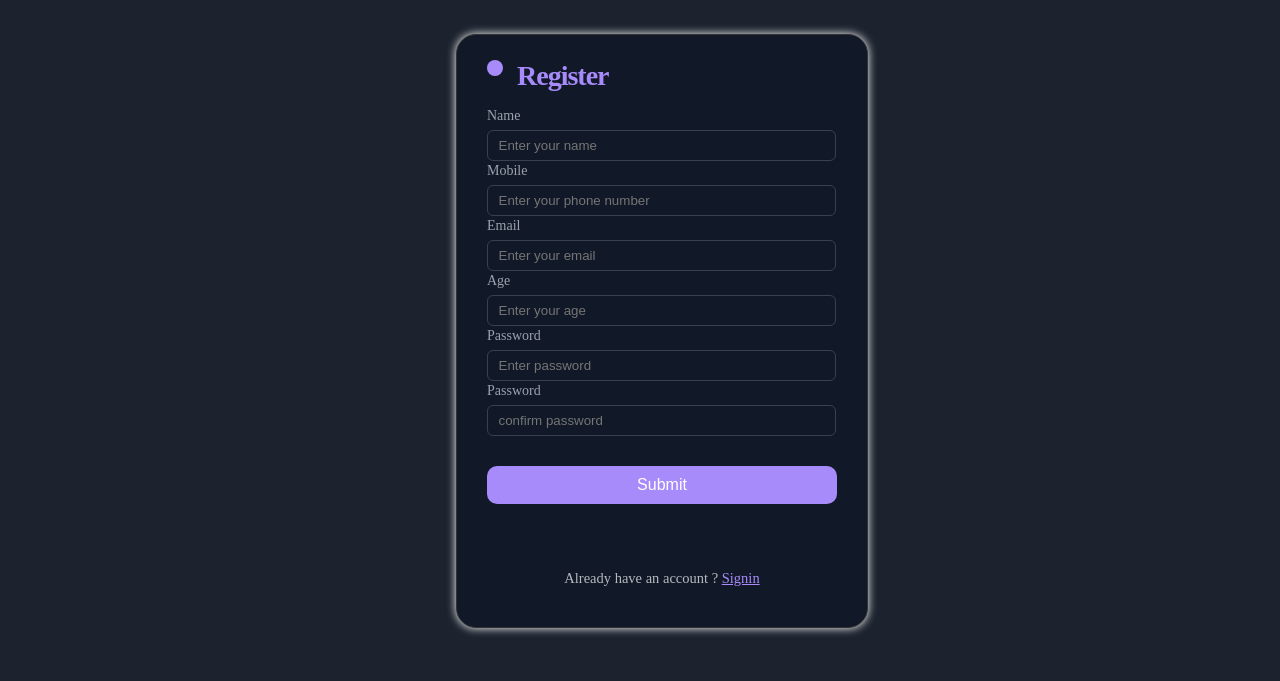
Repository: PeruriNaresh/Bank_Project
Page: http://localhost/bank_project/register.jsp
The author's editor kept a copy of each file at every save. The page is drawn from the files as they stood at one save, then again after the next save.
The browser window is 1280 px wide. The pictures show the whole page.
The page is served by Tomcat 9. Other server files are loaded and not shown.

Above is the page before, as saved 2024-10-24 17:21:37.

### bank_project/src/main/webapp/register.jsp
<%@ page language="java" contentType="text/html; charset=UTF-8"
    pageEncoding="UTF-8"%>
<!DOCTYPE html>
<html>
<head>
    <meta charset="UTF-8">
    <meta name="viewport" content="width=device-width, initial-scale=1.0">
    <style>
        body
        {
            width: 100%;
            height: 100%;
            overflow: hidden;
            background-color: rgb(28, 34, 46);
        }
        .form {
        display: flex;
        width: 35%;
        flex-direction: column;
        gap: 10px;
        max-width: 350px;
        padding: 25px 30px;
        border-radius: 20px;
        position: relative;
        background-color: rgba(17, 24, 39, 1);
        box-shadow: 0px 0px 10px white;
        color: #fff;
        border: 1px solid #333;
        margin: 2% 35%;
        z-index:-1;
        position: absolute;
        }

        .title {
        font-size: 28px;
        font-weight: 600;
        letter-spacing: -1px;
        position: relative;
        display: inline;
        align-items: center;
        padding-left: 30px;
        color:rgba(167, 139, 250, 1);
        margin: 0px;
        }

        .title::before {
        width: 18px;
        height: 18px;
        }

        .title::after {
        width: 18px;
        height: 18px;
        animation: pulse 1s linear infinite;
        }

        .title::before,
        .title::after {
        position: absolute;
        content: "";
        height: 16px;
        width: 16px;
        border-radius: 50%;
        left: 0px;
        background-color:  rgba(167, 139, 250, 1);
        }

        .message,
        .signin {
        font-size: 14.5px;
        color: rgba(255, 255, 255, 0.7);
        z-index:1;
        }

        .signin {
        text-align: center;
        }

        .signin a:hover {
        text-decoration: underline royalblue;
        }

        .signin a {
        color: rgba(167, 139, 250, 1);
        }

        .flex {
        display: flex;
        width: 100%;
        gap: 6px;
        }

        .form label {
        position: relative;
        }

        .form label .input {
        background-color: transparent;
        color: #fff;
        width: 95%;
        font-size: auto;
        padding: 10px 10px 10px 10px;
        border: 1px solid black;
        outline: 1px solid  rgba(167, 139, 250, 1);
        border-radius: 2px;
        }

        .form label .input + span {
        color: rgba(255, 255, 255, 0.5);
        position: absolute;
        left: 10px;
        top: 0px;
        font-size: 0.9em;
        cursor: text;
        transition: 0.3s ease;
        }

        .form label .input:placeholder-shown + span {
        top: 12.5px;
        font-size: 0.9em;
        }

        .form label .input:focus + span,
        .form label .input:valid + span {
        color: rgba(167, 139, 250, 1);
        top: 0px;
        font-size: 0.7em;
        font-weight: 600;
        }

        .input-group {
        margin-top: 0.25rem;
        font-size: 0.875rem;
        line-height: 1.25rem;
        }
        .input-group input {
        width: 93%;
        border-radius: 0.375rem;
        border: 1px solid rgba(55, 65, 81, 1);
        outline: 0;
        background-color: rgba(17, 24, 39, 1);
        padding: 2% 3%;
        color: rgba(243, 244, 246, 1);
        }
        .input-group label {
        display: block;
        color: rgba(156, 163, 175, 1);
        margin-bottom: 4px;
        }
        .input-group input:focus {
        border-color: rgba(167, 139, 250);
        }

        .submit {
        border: none;
        outline: none;
        padding: 10px;
        border-radius: 10px;
        color: #fff;
        font-size: 16px;
        transform: .3s ease;
        background-color:  rgba(167, 139, 250, 1);
        position:relative;
        }

        @keyframes pulse {
        from {
            transform: scale(0.9);
            opacity: 1;
        }

        to {
            transform: scale(1.8);
            opacity: 0;
        }
        }
    </style>
    <title>Document</title>
</head>
<body>

    <form class="form" action="register" method="post">
        <p class="title">Register </p>
        <div class="input-group">
            <label for="username">Name</label>
            <input type="text" name="name" id="username" placeholder="Enter your name">
            <label for="mobile">Mobile</label>
            <input type="number" name="phone" id="mobile" placeholder="Enter your phone number">
            <label for="email">Email</label>
            <input type="text" name="email" id="email" placeholder="Enter your email">
            <label for="age">Age</label>
            <input type="number" name="age" id="age" placeholder="Enter your age">
            <label for="password">Password</label>
            <input type="password" name="password" id="password" placeholder="Enter password">
            <label for="confirm">Password</label>
            <input type="password" id="confirm" placeholder="confirm password">
            <p style="opacity:0;display:inline" id="msg">passwords doesnot match</p>
        </div>
        <button class="submit" disabled>Submit</button>
        <%String msg= (String)request.getAttribute("msg");%>
        <p style="display:inline"><%if(msg!=null)
        {
            out.println(msg);
        }%></p>
        <p class="signin">Already have an account ? <a href="index.html">Signin</a> </p>
    </form>
    <script>
        var inputs=document.querySelectorAll("input");
        var msg=document.getElementById("msg");
        var confirm=inputs[5];
        var submit=document.querySelector("button");
        confirm.addEventListener("input",()=>
        {
            var pass= inputs[4].value;
            if(pass!=confirm.value)
            {
                msg.style.opacity=1;
            }
            else
            {
                msg.style.opacity=0;
                submit.removeAttribute("disabled");
            }
        });
    </script>
</body>
</html>

After the next save:
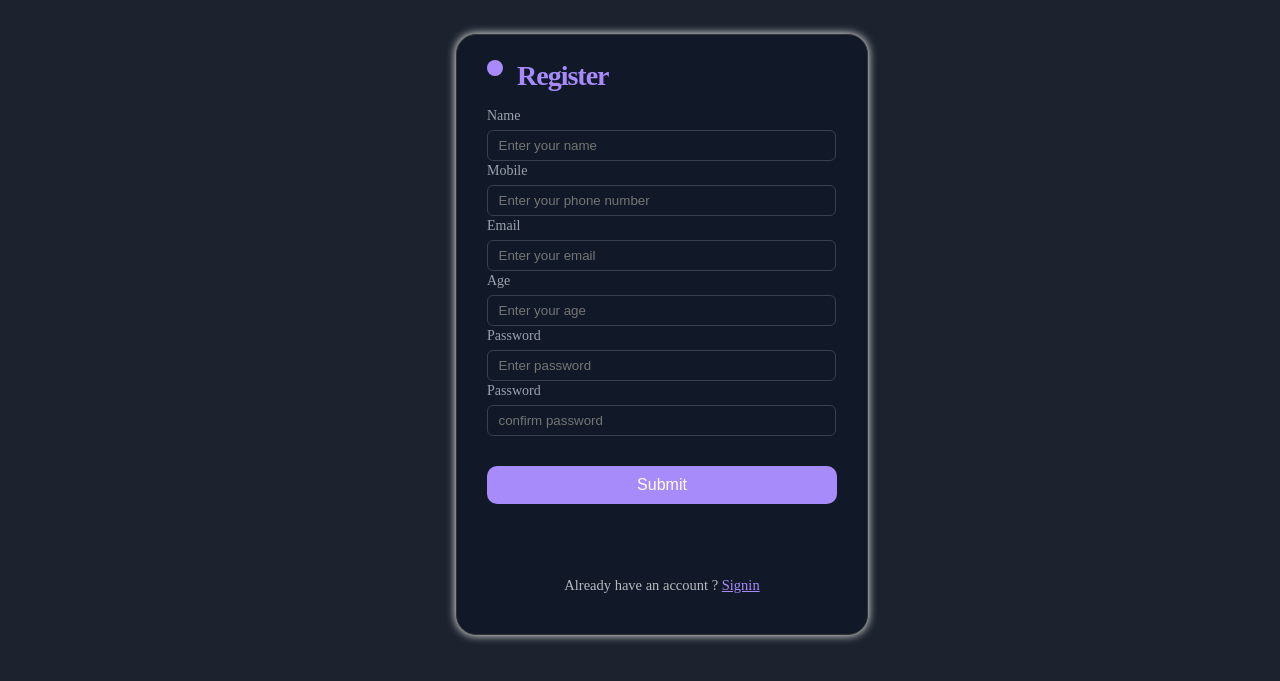
Saved 62 s later.
--- a/bank_project/src/main/webapp/register.jsp
+++ b/bank_project/src/main/webapp/register.jsp
@@ -198,7 +198,7 @@
         </div>
         <button class="submit" disabled>Submit</button>
         <%String msg= (String)request.getAttribute("msg");%>
-        <p style="display:inline"><%if(msg!=null)
+        <p style="display:inline;height:1vh;width:100"><%if(msg!=null)
         {
             out.println(msg);
         }%></p>
